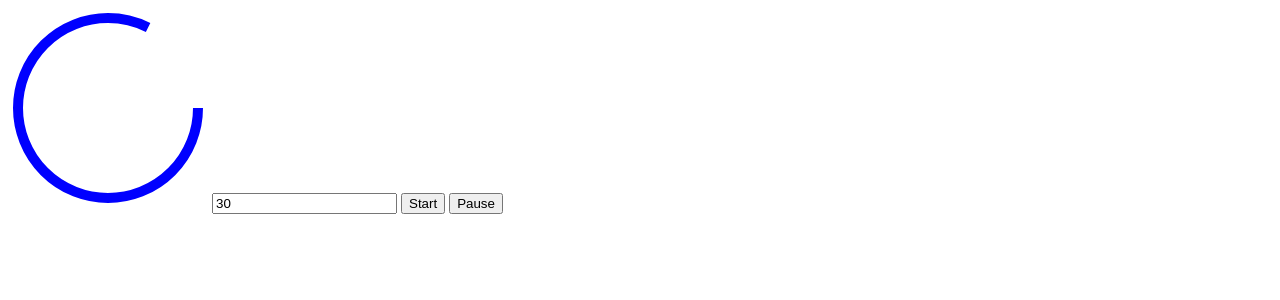
Repository: zhapar/JS-Bootcamp
Page: 1. Timer/index.html
An editor plug-in stored every save of this project. The page is shown before and after the next save, followed by the edit.
The browser window is 1280 px wide. The pictures show the whole page.

Above is the page before, as saved 2020-07-09 16:52:17.

After the next save:
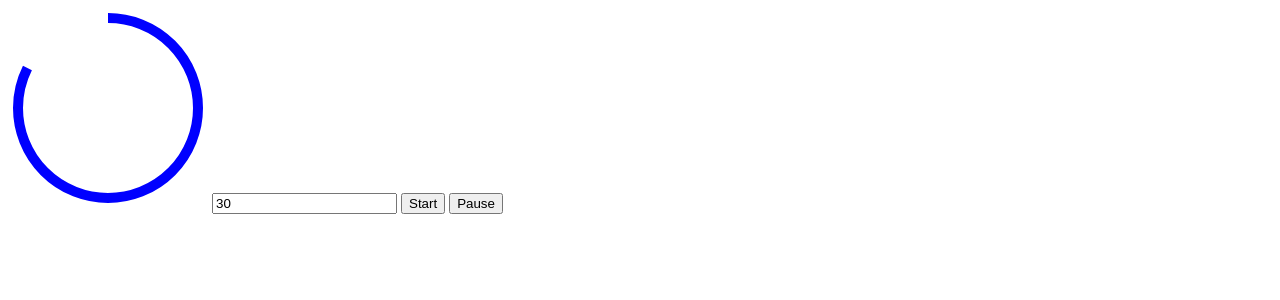
Saved 18 s later.
--- a/1. Timer/index.html
+++ b/1. Timer/index.html
@@ -17,6 +17,7 @@
         stroke-width="10"
         stroke-dasharray="565"
         stroke-dashoffset="100"
+        transform="rotate(-90 100 100)"
       />
     </svg>
     <input type="text" id="duration" value="30" />
